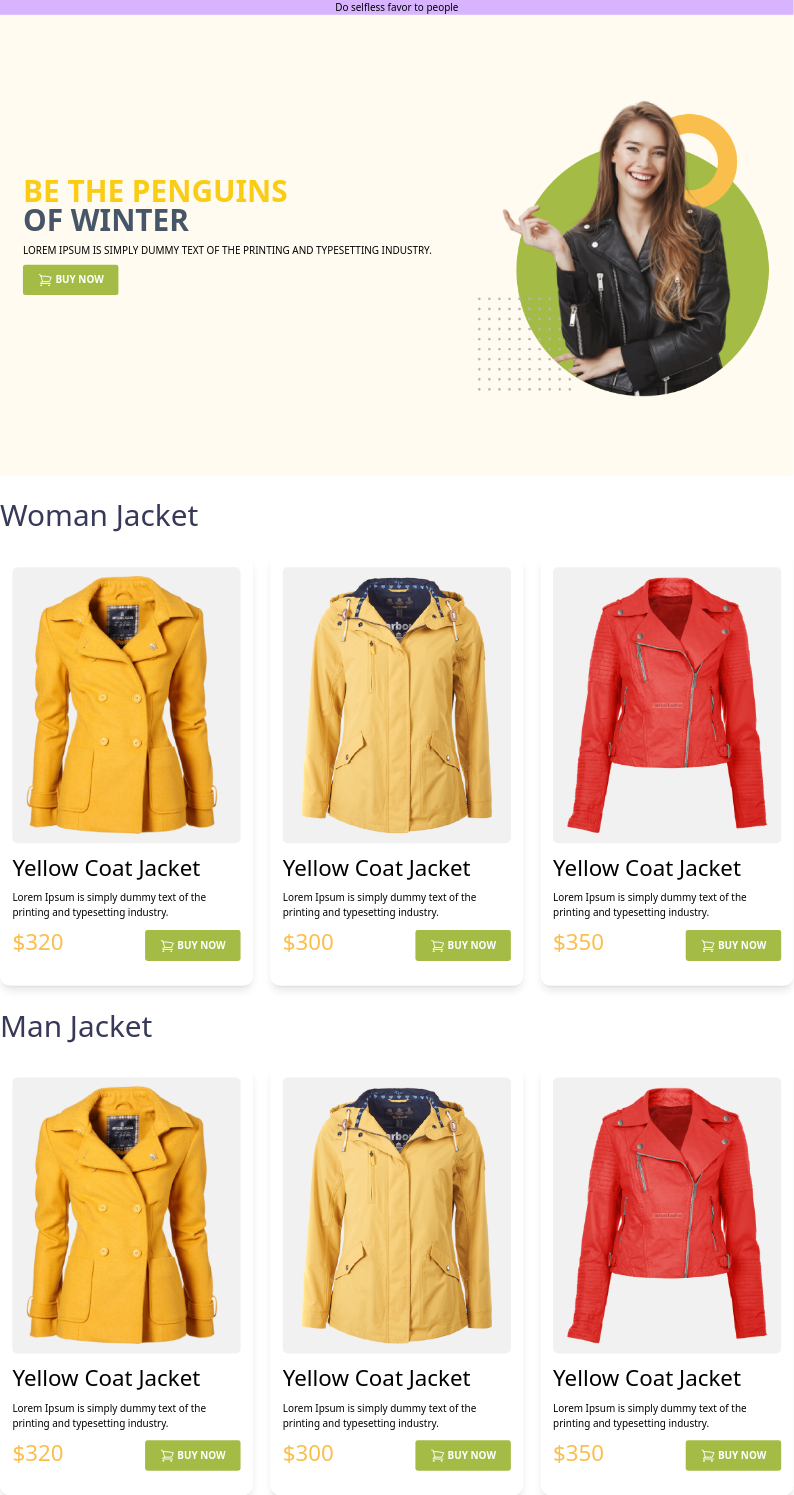
Repository: zjria/penguin-e-commerce-fashion
Page: index.html
These files come from the project's save history. The page is drawn as it stood at one moment and after the next save; the edit follows.
The browser window is 1280 px wide. The pictures show the whole page, at 62% of full size.
Some web libraries are served in a nearby version.

Above is the page before, as saved 2022-10-07 08:54:09.

### index.html
<!DOCTYPE html>
<html lang="en">

<head>
    <meta charset="UTF-8">
    <meta http-equiv="X-UA-Compatible" content="IE=edge">
    <meta name="viewport" content="width=device-width, initial-scale=1.0">
    <title>Penguin E-commerce</title>
    <!-- Google Fonts Link -->
    <link rel="preconnect" href="https://fonts.googleapis.com">
    <link rel="preconnect" href="https://fonts.gstatic.com" crossorigin>
    <link href="https://fonts.googleapis.com/css2?family=Bebas+Neue&family=Roboto:wght@100;300;400;500&display=swap"
        rel="stylesheet">

    <!-- Tailwind CSS CDN link -->
    <script src="https://cdn.tailwindcss.com"></script>
    <script>
        tailwind.config = {
            theme: {
                extend: {
                    colors: {
                        clifford: '#da373d',
                        header_bg: '#FFFBF0',
                        main_text_color: '#363958',
                        price_color: '#FABE4C',
                        card_bg: '#F1F1F1',
                        full_card_bg: '#FFFFFF'
                    }
                }
            }
        }
    </script>
</head>

<body>
    <h2 class="bg-purple-300 text-center font-header_text">Do selfless favor to people</h2>


    <!-- Header Section -->
    <header class="bg-header_bg pb-32 pt-24">
        <section class="container mx-auto uppercase sm:flex items-center justify-around">
            <div class="space-y-3">
                <h1 class="text-2xl sm:text-5xl font-bold font-header_text">
                    <span class="text-yellow-400">Be the Penguins</span> <br>
                    <span class="text-slate-600">of Winter</span>
                </h1>
                <p class="font-anther_text">Lorem Ipsum is simply dummy text of the printing
                    and typesetting industry.</p>
                <button class="uppercase bg-[#A4BC46] py-3 px-6 text-white font-semibold rounded font-anther_text"> <svg
                        xmlns="http://www.w3.org/2000/svg" fill="none" viewBox="0 0 24 24" stroke-width="1.5"
                        stroke="currentColor" class="w-6 h-6 inline text-white">
                        <path stroke-linecap="round" stroke-linejoin="round"
                            d="M2.25 3h1.386c.51 0 .955.343 1.087.835l.383 1.437M7.5 14.25a3 3 0 00-3 3h15.75m-12.75-3h11.218c1.121-2.3 2.1-4.684 2.924-7.138a60.114 60.114 0 00-16.536-1.84M7.5 14.25L5.106 5.272M6 20.25a.75.75 0 11-1.5 0 .75.75 0 011.5 0zm12.75 0a.75.75 0 11-1.5 0 .75.75 0 011.5 0z" />
                    </svg>
                    Buy Now</button>
            </div>
            <div class="pt-8 sm:pt-8">
                <img class=" w-1/2 sm:w-full" src="images/model.png" alt="">
            </div>
        </section>
    </header>

    <!-- Main Section Start -->
    <main>
        <!-- Woman Jacket -->
        <section class="container mx-auto">
            <h2 class="text-5xl my-10 text-main_text_color font-header_text">Woman Jacket</h2>
            <div class="grid md:grid-cols-2 lg:grid-cols-3 gap-7">
                <div class="full_card_bg ">
                    <div class="rounded-2xl shadow-lg p-5">
                        <div class="p-3 bg-card_bg rounded-lg">
                            <img src="images/jacket-1.png" alt="">
                        </div>
                        <div class="py-3">
                            <h3 class="text-4xl py-2">Yellow Coat Jacket</h3>
                            <p class="py-2">Lorem Ipsum is simply dummy text of the
                                printing and typesetting industry.</p>
                            <div class="flex justify-between py-2">
                                <h3 class="text-4xl text-price_color">$320</h3>
                                <button
                                    class="uppercase bg-[#A4BC46] py-3 px-6 text-white font-semibold rounded font-anther_text">
                                    <svg xmlns="http://www.w3.org/2000/svg" fill="none" viewBox="0 0 24 24"
                                        stroke-width="1.5" stroke="currentColor" class="w-6 h-6 inline text-white">
                                        <path stroke-linecap="round" stroke-linejoin="round"
                                            d="M2.25 3h1.386c.51 0 .955.343 1.087.835l.383 1.437M7.5 14.25a3 3 0 00-3 3h15.75m-12.75-3h11.218c1.121-2.3 2.1-4.684 2.924-7.138a60.114 60.114 0 00-16.536-1.84M7.5 14.25L5.106 5.272M6 20.25a.75.75 0 11-1.5 0 .75.75 0 011.5 0zm12.75 0a.75.75 0 11-1.5 0 .75.75 0 011.5 0z" />
                                    </svg>
                                    Buy Now</button>
                            </div>
                        </div>
                    </div>
                </div>
                <div class="full_card_bg ">
                    <div class="rounded-2xl shadow-lg p-5">
                        <div class="p-3 bg-card_bg rounded-lg">
                            <img src="images/jacket-2.png" alt="">
                        </div>
                        <div class="py-3">
                            <h3 class="text-4xl py-2">Yellow Coat Jacket</h3>
                            <p class="py-2">Lorem Ipsum is simply dummy text of the
                                printing and typesetting industry.</p>
                            <div class="flex justify-between py-2">
                                <h3 class="text-4xl text-price_color">$300</h3>
                                <button
                                    class="uppercase bg-[#A4BC46] py-3 px-6 text-white font-semibold rounded font-anther_text">
                                    <svg xmlns="http://www.w3.org/2000/svg" fill="none" viewBox="0 0 24 24"
                                        stroke-width="1.5" stroke="currentColor" class="w-6 h-6 inline text-white">
                                        <path stroke-linecap="round" stroke-linejoin="round"
                                            d="M2.25 3h1.386c.51 0 .955.343 1.087.835l.383 1.437M7.5 14.25a3 3 0 00-3 3h15.75m-12.75-3h11.218c1.121-2.3 2.1-4.684 2.924-7.138a60.114 60.114 0 00-16.536-1.84M7.5 14.25L5.106 5.272M6 20.25a.75.75 0 11-1.5 0 .75.75 0 011.5 0zm12.75 0a.75.75 0 11-1.5 0 .75.75 0 011.5 0z" />
                                    </svg>
                                    Buy Now</button>
                            </div>
                        </div>
                    </div>
                </div>
                <div class="full_card_bg ">
                    <div class="rounded-2xl shadow-lg p-5">
                        <div class="p-3 bg-card_bg rounded-lg">
                            <img src="images/jacket-3.png" alt="">
                        </div>
                        <div class="py-3">
                            <h3 class="text-4xl py-2">Yellow Coat Jacket</h3>
                            <p class="py-2">Lorem Ipsum is simply dummy text of the
                                printing and typesetting industry.</p>
                            <div class="flex justify-between py-2">
                                <h3 class="text-4xl text-price_color">$350</h3>
                                <button
                                    class="uppercase bg-[#A4BC46] py-3 px-6 text-white font-semibold rounded font-anther_text">
                                    <svg xmlns="http://www.w3.org/2000/svg" fill="none" viewBox="0 0 24 24"
                                        stroke-width="1.5" stroke="currentColor" class="w-6 h-6 inline text-white">
                                        <path stroke-linecap="round" stroke-linejoin="round"
                                            d="M2.25 3h1.386c.51 0 .955.343 1.087.835l.383 1.437M7.5 14.25a3 3 0 00-3 3h15.75m-12.75-3h11.218c1.121-2.3 2.1-4.684 2.924-7.138a60.114 60.114 0 00-16.536-1.84M7.5 14.25L5.106 5.272M6 20.25a.75.75 0 11-1.5 0 .75.75 0 011.5 0zm12.75 0a.75.75 0 11-1.5 0 .75.75 0 011.5 0z" />
                                    </svg>
                                    Buy Now</button>
                            </div>
                        </div>
                    </div>
                </div>


            </div>

        </section>

        <!-- Man Jacket -->
        <section class="container mx-auto">
            <h2 class="text-5xl my-10 text-main_text_color font-header_text">Man Jacket</h2>
            <div class="grid md:grid-cols-2 lg:grid-cols-3 gap-7">
                <div class="full_card_bg ">
                    <div class="rounded-2xl shadow-lg p-5">
                        <div class="p-3 bg-card_bg rounded-lg">
                            <img src="images/jacket-1.png" alt="">
                        </div>
                        <div class="py-3">
                            <h3 class="text-4xl py-2">Yellow Coat Jacket</h3>
                            <p class="py-2">Lorem Ipsum is simply dummy text of the
                                printing and typesetting industry.</p>
                            <div class="flex justify-between py-2">
                                <h3 class="text-4xl text-price_color">$320</h3>
                                <button
                                    class="uppercase bg-[#A4BC46] py-3 px-6 text-white font-semibold rounded font-anther_text">
                                    <svg xmlns="http://www.w3.org/2000/svg" fill="none" viewBox="0 0 24 24"
                                        stroke-width="1.5" stroke="currentColor" class="w-6 h-6 inline text-white">
                                        <path stroke-linecap="round" stroke-linejoin="round"
                                            d="M2.25 3h1.386c.51 0 .955.343 1.087.835l.383 1.437M7.5 14.25a3 3 0 00-3 3h15.75m-12.75-3h11.218c1.121-2.3 2.1-4.684 2.924-7.138a60.114 60.114 0 00-16.536-1.84M7.5 14.25L5.106 5.272M6 20.25a.75.75 0 11-1.5 0 .75.75 0 011.5 0zm12.75 0a.75.75 0 11-1.5 0 .75.75 0 011.5 0z" />
                                    </svg>
                                    Buy Now</button>
                            </div>
                        </div>
                    </div>
                </div>
                <div class="full_card_bg ">
                    <div class="rounded-2xl shadow-lg p-5">
                        <div class="p-3 bg-card_bg rounded-lg">
                            <img src="images/jacket-2.png" alt="">
                        </div>
                        <div class="py-3">
                            <h3 class="text-4xl py-2">Yellow Coat Jacket</h3>
                            <p class="py-2">Lorem Ipsum is simply dummy text of the
                                printing and typesetting industry.</p>
                            <div class="flex justify-between py-2">
                                <h3 class="text-4xl text-price_color">$300</h3>
                                <button
                                    class="uppercase bg-[#A4BC46] py-3 px-6 text-white font-semibold rounded font-anther_text">
                                    <svg xmlns="http://www.w3.org/2000/svg" fill="none" viewBox="0 0 24 24"
                                        stroke-width="1.5" stroke="currentColor" class="w-6 h-6 inline text-white">
                                        <path stroke-linecap="round" stroke-linejoin="round"
                                            d="M2.25 3h1.386c.51 0 .955.343 1.087.835l.383 1.437M7.5 14.25a3 3 0 00-3 3h15.75m-12.75-3h11.218c1.121-2.3 2.1-4.684 2.924-7.138a60.114 60.114 0 00-16.536-1.84M7.5 14.25L5.106 5.272M6 20.25a.75.75 0 11-1.5 0 .75.75 0 011.5 0zm12.75 0a.75.75 0 11-1.5 0 .75.75 0 011.5 0z" />
                                    </svg>
                                    Buy Now</button>
                            </div>
                        </div>
                    </div>
                </div>
                <div class="full_card_bg ">
                    <div class="rounded-2xl shadow-lg p-5">
                        <div class="p-3 bg-card_bg rounded-lg">
                            <img src="images/jacket-3.png" alt="">
                        </div>
                        <div class="py-3">
                            <h3 class="text-4xl py-2">Yellow Coat Jacket</h3>
                            <p class="py-2">Lorem Ipsum is simply dummy text of the
                                printing and typesetting industry.</p>
                            <div class="flex justify-between py-2">
                                <h3 class="text-4xl text-price_color">$350</h3>
                                <button
                                    class="uppercase bg-[#A4BC46] py-3 px-6 text-white font-semibold rounded font-anther_text">
                                    <svg xmlns="http://www.w3.org/2000/svg" fill="none" viewBox="0 0 24 24"
                                        stroke-width="1.5" stroke="currentColor" class="w-6 h-6 inline text-white">
                                        <path stroke-linecap="round" stroke-linejoin="round"
                                            d="M2.25 3h1.386c.51 0 .955.343 1.087.835l.383 1.437M7.5 14.25a3 3 0 00-3 3h15.75m-12.75-3h11.218c1.121-2.3 2.1-4.684 2.924-7.138a60.114 60.114 0 00-16.536-1.84M7.5 14.25L5.106 5.272M6 20.25a.75.75 0 11-1.5 0 .75.75 0 011.5 0zm12.75 0a.75.75 0 11-1.5 0 .75.75 0 011.5 0z" />
                                    </svg>
                                    Buy Now</button>
                            </div>
                        </div>
                    </div>
                </div>


            </div>

        </section>
    </main>

</body>

</html>

After the next save:
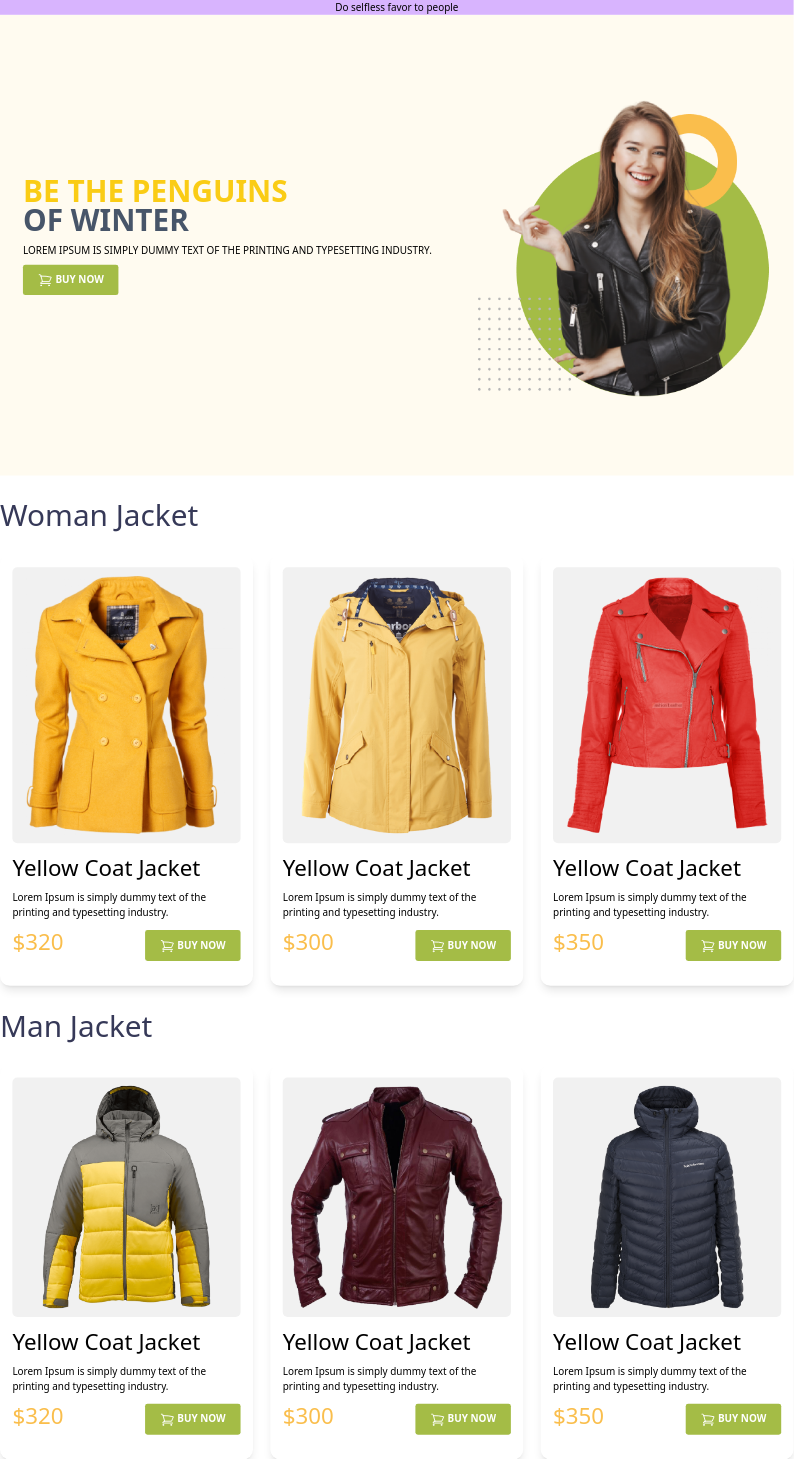
Saved 44 s later.
--- a/index.html
+++ b/index.html
@@ -148,7 +148,7 @@
                 <div class="full_card_bg ">
                     <div class="rounded-2xl shadow-lg p-5">
                         <div class="p-3 bg-card_bg rounded-lg">
-                            <img src="images/jacket-1.png" alt="">
+                            <img src="images/jacket-4.png" alt="">
                         </div>
                         <div class="py-3">
                             <h3 class="text-4xl py-2">Yellow Coat Jacket</h3>
@@ -171,7 +171,7 @@
                 <div class="full_card_bg ">
                     <div class="rounded-2xl shadow-lg p-5">
                         <div class="p-3 bg-card_bg rounded-lg">
-                            <img src="images/jacket-2.png" alt="">
+                            <img src="images/jacket-5.png" alt="">
                         </div>
                         <div class="py-3">
                             <h3 class="text-4xl py-2">Yellow Coat Jacket</h3>
@@ -194,7 +194,7 @@
                 <div class="full_card_bg ">
                     <div class="rounded-2xl shadow-lg p-5">
                         <div class="p-3 bg-card_bg rounded-lg">
-                            <img src="images/jacket-3.png" alt="">
+                            <img src="images/jacket-6.png" alt="">
                         </div>
                         <div class="py-3">
                             <h3 class="text-4xl py-2">Yellow Coat Jacket</h3>
